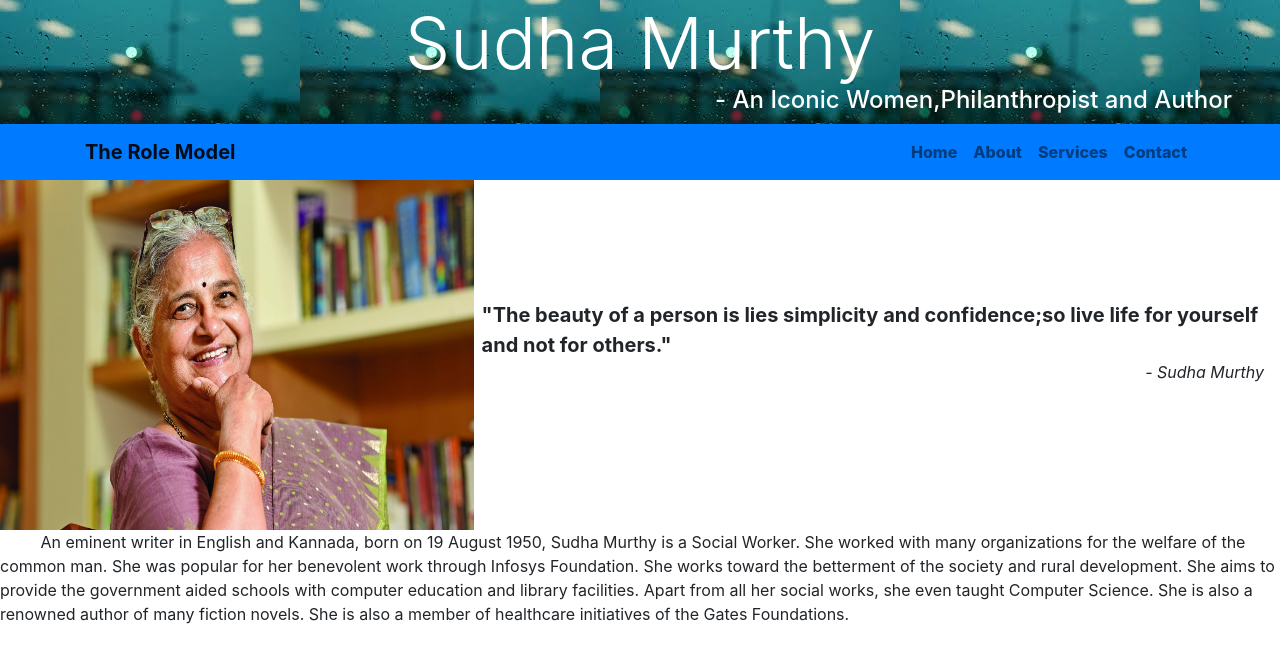
Repository: sumanthr18/RoleModel
Page: index.html
The author's editor kept a copy of each file at every save. The page is drawn from the files as they stood at one save, then again after the next save.
The browser window is 1280 px wide. The pictures show the whole page.

Above is the page before, as saved 2020-03-14 18:31:55.

### index.html
<!DOCTYPE html>
<html lang="en">
<head>
    <meta charset="UTF-8">
    <meta name="viewport" content="width=device-width, initial-scale=1.0">
    <title>SudhaMurthy</title>
    <link rel="stylesheet" href="https://stackpath.bootstrapcdn.com/bootstrap/4.4.1/css/bootstrap.min.css" integrity="sha384-Vkoo8x4CGsO3+Hhxv8T/Q5PaXtkKtu6ug5TOeNV6gBiFeWPGFN9MuhOf23Q9Ifjh" crossorigin="anonymous">
</head>
<body>
    <header style="background-image: url(images.jpg);padding-bottom: 0.1%;">
        <h1 class="display-3 text-center my-0 text-white ">Sudha Murthy</h1>
        <h4 class="text-right mr-5 text-white">- An Iconic Women,Philanthropist and Author</h4>
    </header>
    <nav class="navbar navbar-expand-sm navbar-light bg-primary mb-0">
        <div class="container">
            <a style="font-weight: bold;" class="navbar-brand " href="#">The Role Model</a>
            <button class="navbar-toggler" data-toggle="collapse" data-target="#navbarNav">
                <span class="navbar-toggler-icon"></span>
            </button>
            <div class="collapse navbar-collapse" id="navbarNav">
                <ul style="font-weight: 800;" class="navbar-nav ml-auto">
                    <li class="nav-item">
                        <a class="nav-link" href="#">Home</a>
                    </li>
                    <li class="nav-item">
                        <a class="nav-link" href="#">About</a>
                    </li>
                    <li class="nav-item">
                        <a class="nav-link" href="#">Services</a>
                    </li>
                    <li class="nav-item">
                        <a class="nav-link" href="#">Contact</a>
                    </li>
                </ul>
            </div>
        </div>
    </nav>

<div class="media">
        <img class="mt-0" style="width:37%;height:350px" src="Sudha_Murty_1-update.jpg">
        <blockquote class="" >
            <br>
            <br>
            <br>
            <br>
            <br>
            <p class="ml-2 mb-0 lead" style="font-weight: bold;">"The beauty of a person is lies simplicity and confidence;so live life for yourself and not for others."</p>
            <footer class="pr-3 text-sm-right"><cite>- Sudha Murthy</cite></footer>
        </blockquote>
</div>

<div>
    <p>&nbsp;&nbsp;&nbsp;&nbsp;&nbsp;&nbsp;&nbsp;&nbsp; An eminent writer in English and Kannada, born on 19 August 1950, Sudha Murthy is a Social Worker. She worked with many organizations for the welfare of the common man. She was popular for her benevolent work through Infosys Foundation.
        She works toward the betterment of the society and rural development. She aims to provide the government aided schools with computer education and library facilities. Apart from all her social works, she even taught Computer Science. She is also a renowned author of many fiction novels. She is also a member of healthcare initiatives of the Gates Foundations.
    </p>
</div>

</body>
</html>

After the next save:
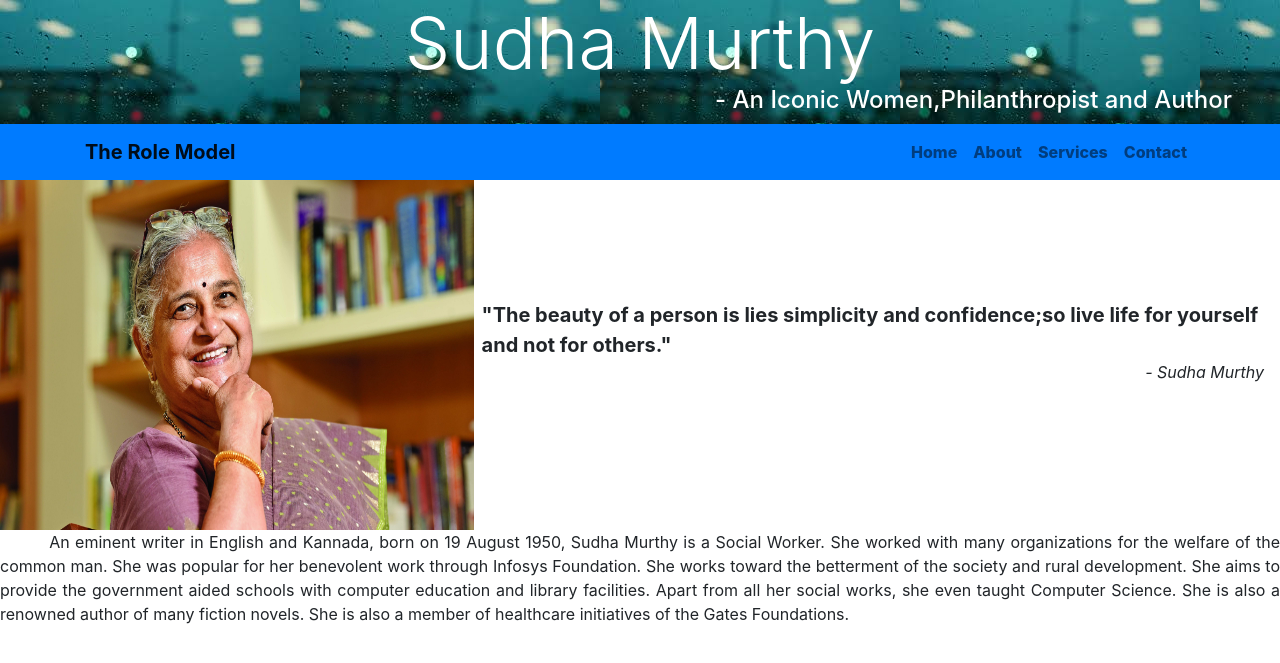
Saved 38 s later.
--- a/index.html
+++ b/index.html
@@ -50,7 +50,7 @@
 </div>
 
 <div>
-    <p>&nbsp;&nbsp;&nbsp;&nbsp;&nbsp;&nbsp;&nbsp;&nbsp; An eminent writer in English and Kannada, born on 19 August 1950, Sudha Murthy is a Social Worker. She worked with many organizations for the welfare of the common man. She was popular for her benevolent work through Infosys Foundation.
+    <p class="text-justify">&nbsp;&nbsp;&nbsp;&nbsp;&nbsp;&nbsp;&nbsp;&nbsp; An eminent writer in English and Kannada, born on 19 August 1950, Sudha Murthy is a Social Worker. She worked with many organizations for the welfare of the common man. She was popular for her benevolent work through Infosys Foundation.
         She works toward the betterment of the society and rural development. She aims to provide the government aided schools with computer education and library facilities. Apart from all her social works, she even taught Computer Science. She is also a renowned author of many fiction novels. She is also a member of healthcare initiatives of the Gates Foundations.
     </p>
 </div>
